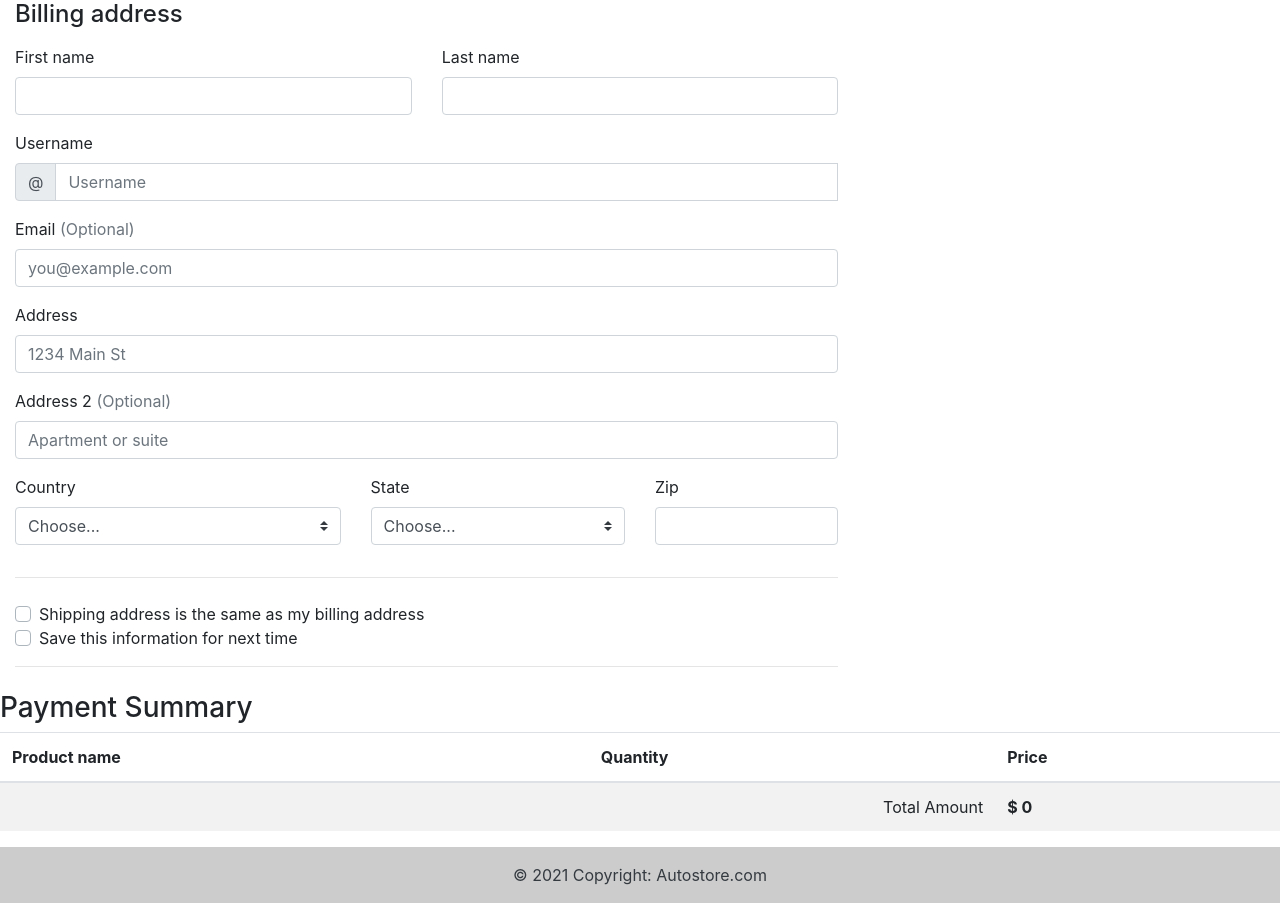
Repository: pravinsakthivel/ecommerce
Page: /checkout
The author's editor kept a copy of each file at every save. The page is drawn from the files as they stood at one save, then again after the next save.
The browser window is 1280 px wide. The pictures show the whole page.
The project was rebuilt for these pictures with package versions that can differ from the ones it lists, and the page was loaded fresh each time. Also part of the build but not shown: src/components/UI/BaseButton.vue, src/components/ProductItem.vue, src/components/UI/ShoppingCartIcon.vue, src/components/UI/NavigationBar.vue, src/components/UI/SearchBar.vue, src/components/ProductDescriptionModal.vue, src/components/ProductList.vue, src/components/CartList.vue and 5 more.

Above is the page before, as saved 2021-04-10 21:38:40.

### public/index.html
<!DOCTYPE html>
<html lang="">
  <head>
    <meta charset="utf-8" />
    <meta http-equiv="X-UA-Compatible" content="IE=edge" />
    <meta name="viewport" content="width=device-width,initial-scale=1.0" />
    <link rel="icon" href="<%= BASE_URL %>favicon.ico" />
    <link
      href="https://fonts.googleapis.com/css?family=Nunito+Sans:400,400i,700,900&display=swap"
      rel="stylesheet"
    />
    <title><%= htmlWebpackPlugin.options.title %></title>
  </head>
  <style>
    #page-container {
      position: relative;
      min-height: 100vh;
    }

    #content-wrap {
      padding-bottom: 2.5rem; /* Footer height */
    }

    #footer {
      position: absolute;
      bottom: 0;
      width: 100%;
      height: 2.5rem; /* Footer height */
    }
  </style>
  <body>
    <noscript>
      <strong
        >We're sorry but <%= htmlWebpackPlugin.options.title %> doesn't work
        properly without JavaScript enabled. Please enable it to
        continue.</strong
      >
    </noscript>
    <div id="page-container">
      <div id="content-wrap">
        <div id="app"></div>
      </div>
      <footer id="footer">
        <div class="text-center text-dark p-3 footer" style="background-color: rgba(0, 0, 0, 0.2);">
          © 2021 Copyright:
          <a class="text-dark" href="#">Autostore.com</a>
        </div>
      </footer>
    </div>
    <!-- built files will be auto injected -->
  </body>
</html>

### src/main.js
import { createApp } from 'vue';
import App from './App.vue';
import router from './router.js';
import store from './store.js';
import 'bootstrap';
import 'font-awesome/css/font-awesome.min.css';
import 'bootstrap/dist/css/bootstrap.min.css';
import BaseButton from "./components/UI/BaseButton.vue";
import BaseBadge from './components/UI/BaseBadge.vue';
import TheJumbotrom from './components/UI/TheJumbotron.vue';
import BaseModal from './components/UI/BaseModal.vue';



const app = createApp(App);
app.use(router);
app.use(store);
app.component('base-button',BaseButton);
app.component('base-badge',BaseBadge);
app.component('the-jumbotron',TheJumbotrom);
app.component('base-modal',BaseModal);
app.mount('#app');

### src/App.vue
<template>
 <router-view></router-view>

</template>

<script>

export default {
  name: 'App',
}
</script>

<style >

</style>

### src/router.js
import { createRouter, createWebHistory } from "vue-router";
import ProductList from "./components/ProductList.vue";
import CartList from "./components/CartList.vue";
import OrderSuccessPage from "./components/UI/OrderSuccess.vue";
import LoginPage from "./components/UI/LoginPage.vue";
import CheckoutPage from "./components/CheckoutPage.vue";

const router = createRouter({
  history: createWebHistory(),
  routes: [
    {
      path: "/",
      redirect: "/login",
    },
    {
      path: "/cartIems",
      component: CartList,
    },
    {
      path: "/products",
      component: ProductList,
    },
    {
      path: "/orderSuccessPage",
      component: OrderSuccessPage,
    },
    {
      path: "/login",
      component: LoginPage,
    },
    {
      path:"/checkout",
      component:CheckoutPage
    }
  ],
});

export default router;

### src/store.js
import {createStore} from 'vuex';
import productModule from './store/products/index.js'

const store = createStore({
   modules:{
        products:productModule
   }
});

export default store;

### src/components/CheckoutPage.vue
<template>
    <div class="col-md-8 ">
          <h4 class="mb-3">Billing address</h4>
          <form class="needs-validation" novalidate>
            <div class="row">
              <div class="col-md-6 mb-3">
                <label for="firstName">First name</label>
                <input type="text" class="form-control" id="firstName" placeholder="" value="" required>
                <div class="invalid-feedback">
                  Valid first name is required.
                </div>
              </div>
              <div class="col-md-6 mb-3">
                <label for="lastName">Last name</label>
                <input type="text" class="form-control" id="lastName" placeholder="" value="" required>
                <div class="invalid-feedback">
                  Valid last name is required.
                </div>
              </div>
            </div>

            <div class="mb-3">
              <label for="username">Username</label>
              <div class="input-group">
                <div class="input-group-prepend">
                  <span class="input-group-text">@</span>
                </div>
                <input type="text" class="form-control" id="username" placeholder="Username" required>
                <div class="invalid-feedback" style="width: 100%;">
                  Your username is required.
                </div>
              </div>
            </div>

            <div class="mb-3">
              <label for="email">Email <span class="text-muted">(Optional)</span></label>
              <input type="email" class="form-control" id="email" placeholder="you@example.com">
              <div class="invalid-feedback">
                Please enter a valid email address for shipping updates.
              </div>
            </div>

            <div class="mb-3">
              <label for="address">Address</label>
              <input type="text" class="form-control" id="address" placeholder="1234 Main St" required>
              <div class="invalid-feedback">
                Please enter your shipping address.
              </div>
            </div>

            <div class="mb-3">
              <label for="address2">Address 2 <span class="text-muted">(Optional)</span></label>
              <input type="text" class="form-control" id="address2" placeholder="Apartment or suite">
            </div>

            <div class="row">
              <div class="col-md-5 mb-3">
                <label for="country">Country</label>
                <select class="custom-select d-block w-100" id="country" required>
                  <option value="">Choose...</option>
                  <option>United States</option>
                </select>
                <div class="invalid-feedback">
                  Please select a valid country.
                </div>
              </div>
              <div class="col-md-4 mb-3">
                <label for="state">State</label>
                <select class="custom-select d-block w-100" id="state" required>
                  <option value="">Choose...</option>
                  <option>California</option>
                </select>
                <div class="invalid-feedback">
                  Please provide a valid state.
                </div>
              </div>
              <div class="col-md-3 mb-3">
                <label for="zip">Zip</label>
                <input type="text" class="form-control" id="zip" placeholder="" required>
                <div class="invalid-feedback">
                  Zip code required.
                </div>
              </div>
            </div>
            <hr class="mb-4">
            <div class="custom-control custom-checkbox">
              <input type="checkbox" class="custom-control-input" id="same-address">
              <label class="custom-control-label" for="same-address">Shipping address is the same as my billing address</label>
            </div>
            <div class="custom-control custom-checkbox">
              <input type="checkbox" class="custom-control-input" id="save-info">
              <label class="custom-control-label" for="save-info">Save this information for next time</label>
            </div>
            <hr class="mb-4">
          </form>
    </div>
            <payment-details></payment-details>
</template>
<script>
import PaymentDetails from "./PaymentDetails.vue";

export default {
    components:{
        PaymentDetails
    }
}
</script>

### src/store/products/index.js
import actions from './actions.js';
import getters from './getters.js';
import mutations from './mutations.js';

export default{
    namespaced:true,
    state(){
        return{
            products: [],
            cartItems: [],
            productsIdsInCart:[],
            searchedItems:[],
            lastUpdated:null,
            loggedInUser :''
        }
    },
    actions,
    getters,
    mutations
}

### src/components/PaymentDetails.vue
<template>
  <div>
    <h3>Payment Summary</h3>
    <table class="table table-striped">
      <thead>
        <tr>
          <th>Product name</th>
          <th>Quantity</th>
          <th>Price</th>
        </tr>
      </thead>
      <tbody>
        <tr v-for="item in cartItems" :key="item.productId">
          <td>{{ item.productName }}</td>
          <td>{{ item.quantity }}</td>
          <td>$ {{ item.cartValue ? item.cartValue : item.price }}</td>
        </tr>
        <tr>
          <td colspan="2" class="text-right">Total Amount</td>
          <td>
            <strong>$ {{ totalCartValue }}</strong>
          </td>
        </tr>
      </tbody>
    </table>
  </div>
  <paypal-component :cartValue="totalCartValue"></paypal-component>
</template>
<script>
import PaypalComponent from './PayPalComponent.vue';
export default {
  components:{
    PaypalComponent
  },
  computed: {
    totalCartValue() {
      let cartvalue = 0;
      this.cartItems.forEach((element) => {
        cartvalue += element.cartValue ? element.cartValue : element.price;
      });
      console.log(cartvalue)
      return cartvalue;
    },
    cartItems(){
      return this.$store.getters['products/getCartItems']
    }
  }
};
</script>

### src/store/products/actions.js
export default {
  async loadProducts(context,forceRefresh) {
    console.log(context.getters.shouldRefresh , forceRefresh);
    if(!context.getters.shouldRefresh && !forceRefresh){
      console.log("sending cache data");
      return;
    }
    console.log("sending fetched data");
    let url = `https://products-data-b01f9-default-rtdb.firebaseio.com/products/-MXaxOFKGRgCKs_OkzrR.json`;
    let response = await fetch(url);
    let responseData = await response.json();
    context.commit("setProducts", responseData);
    context.commit("setTimeStamp");
  },
  setProducts(context, payload) {
    context.commit("setProducts", payload);
  },
  addProductItemToCart(context, product) {
    let cartItems = [...context.getters.getCartItems, product];
    context.dispatch("addProductIdInCart", product.productId);
    context.commit("setCartItems", cartItems);
  },
  addProductIdInCart(context, data) {
    let productIdsInCart = [...context.getters.getproductIdsIncart, data];
    context.commit("setProductIdsInCart", productIdsInCart);
  },
  setCartItems(context, data) {
    context.commit("setCartItems", data);
  },
  removeCartItem(context, productId) {
    let cartItems = context.getters.getCartItems;
    let filteredItems = cartItems.filter((item) => {
      return item.productId != productId;
    });
    context.dispatch("removeProductIdInCart", productId);
    context.commit("setCartItems", filteredItems);
  },
  removeProductIdInCart(context, productId) {
    let productIdsInCart = context.getters.getproductIdsIncart;
    const index = productIdsInCart.indexOf(productId);
    if (index > -1) {
      productIdsInCart.splice(index, 1);
    }
    context.commit("setProductIdsInCart", productIdsInCart);
  },
  setSearchedItems(context, payload) {
    context.commit("setSearchedItems", payload);
  },
  setUser(context,userName){
    context.commit("setUser",userName);
  },
  resetProductIdsInCart(context){
    context.commit("setProductIdsInCart",[])
  }
};

### src/store/products/getters.js
export default {
  getProducts(state) {
    return state.products;
  },
  getCartItems(state) {
    return state.cartItems;
  },
  getproductIdsIncart(state) {
    return state.productsIdsInCart;
  },
  shouldRefresh(state) {
    let lastUpdate = state.lastUpdated;
    if (!lastUpdate) {
      return true;
    }
    const currentTimeStamp = new Date().getTime();
    return (currentTimeStamp - lastUpdate) / 1000 > 60;
  },
  getSearchItems(state){
      return state.searchedItems;
  },
  getLoggedInUser(state){
    return state.loggedInUser;
  }
};

### src/store/products/mutations.js
export default {
  setCartItems(state, payload) {
    state.cartItems = payload;
  },
  setProducts(state, payload) {
    state.products = payload;
  },
  setProductIdsInCart(state, payload) {
    state.productsIdsInCart = payload;
  },
  setTimeStamp(state) {
    state.lastUpdated = new Date().getTime();
  },
  setSearchedItems(state, payload) {
    state.searchedItems = payload;
  },
  setUser(state, userName) {
    state.loggedInUser = userName;
  },
};

### src/components/PayPalComponent.vue
<template>
  <div id="paypal-button"></div>
</template>
<script>
export default {
  props:["cartValue"],
  mounted() {
    let paypalScript = document.createElement("script");
    paypalScript.setAttribute(
      "src",
      "https://www.paypal.com/sdk/js?client-id=AVqt9vrCUVqfc7P88IdNEju9AuBGJq-97Q6YjIoat7qiJp9kvvh4UoYTX6ck6Du60ubYApPewCvAZViN"
    );
    paypalScript.addEventListener("load", this.loadPayPal);
    document.head.appendChild(paypalScript);
  },
  methods:{
      loadPayPal() {
      let self = this;

      window.paypal
        .Buttons({
          createOrder: function(data, actions) {
           let totalCartValue = self.cartValue;
            // This function sets up the details of the transaction, including the amount and line item details.
            return actions.order.create({
              purchase_units: [
                {
                  amount: {
                    value: totalCartValue,
                  },
                },
              ],
            });
          },
          onApprove: function(data, actions) {
            // This function captures the funds from the transaction.
            return actions.order.capture().then(function(details) {
              // This function shows a transaction success message to your buyer.
              self.processPostPayment(details);
            });
          },
        })
        .render("#paypal-button");
    },
     processPostPayment(details) {
      console.log(details);
      this.$store.dispatch("products/setCartItems", []);
      this.$store.dispatch("products/resetProductIdsInCart");
      this.$router.push("orderSuccessPage");
    }
  }
};
</script>

After the next save:
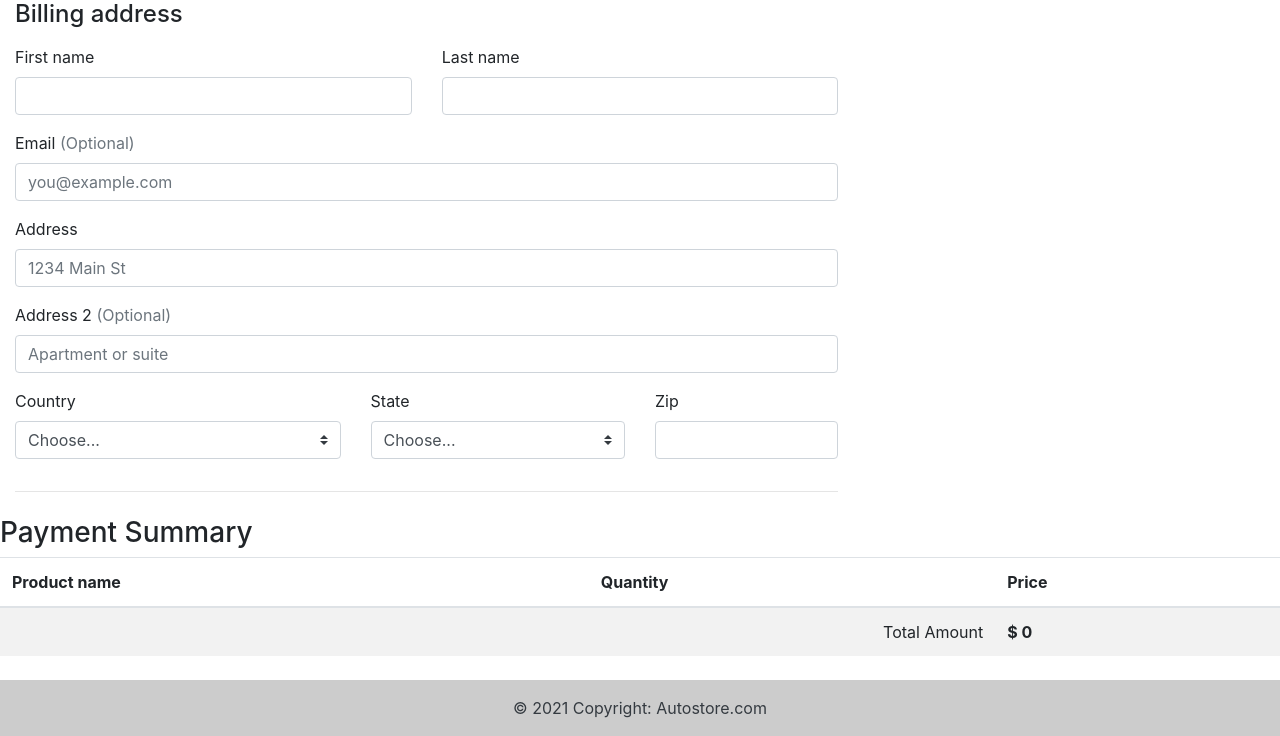
Saved 110 s later.
--- a/src/components/CheckoutPage.vue
+++ b/src/components/CheckoutPage.vue
@@ -18,20 +18,6 @@
                 </div>
               </div>
             </div>
-
-            <div class="mb-3">
-              <label for="username">Username</label>
-              <div class="input-group">
-                <div class="input-group-prepend">
-                  <span class="input-group-text">@</span>
-                </div>
-                <input type="text" class="form-control" id="username" placeholder="Username" required>
-                <div class="invalid-feedback" style="width: 100%;">
-                  Your username is required.
-                </div>
-              </div>
-            </div>
-
             <div class="mb-3">
               <label for="email">Email <span class="text-muted">(Optional)</span></label>
               <input type="email" class="form-control" id="email" placeholder="you@example.com">
@@ -83,15 +69,6 @@
               </div>
             </div>
             <hr class="mb-4">
-            <div class="custom-control custom-checkbox">
-              <input type="checkbox" class="custom-control-input" id="same-address">
-              <label class="custom-control-label" for="same-address">Shipping address is the same as my billing address</label>
-            </div>
-            <div class="custom-control custom-checkbox">
-              <input type="checkbox" class="custom-control-input" id="save-info">
-              <label class="custom-control-label" for="save-info">Save this information for next time</label>
-            </div>
-            <hr class="mb-4">
           </form>
     </div>
             <payment-details></payment-details>
